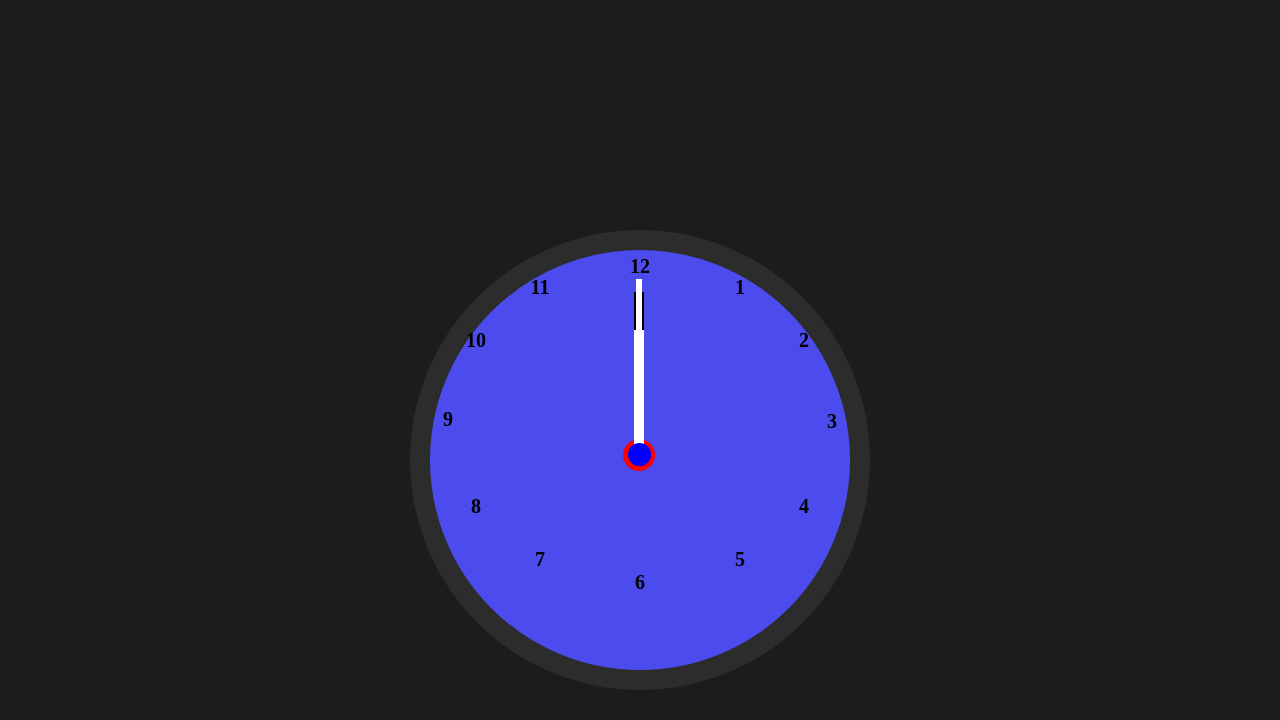
Repository: Eugene44-hub/Analog-clock
Page: index.html
An editor plug-in stored every save of this project. The page is shown before and after the next save, followed by the edit.
The browser window is 1280 px wide. The pictures show the whole page.

Above is the page before, as saved 2021-09-04 23:12:42.

### index.html
<!DOCTYPE html>
<html lang="en">

<head>
    <meta charset="UTF-8">
    <meta http-equiv="X-UA-Compatible" content="IE=edge">
    <meta name="viewport" content="width=device-width, initial-scale=1.0">
    <title>Document</title>
    <link rel="stylesheet" href="style.css">
</head>

<body>
    <div class="clock">
        <div class="numbers">

            <div class="circle"></div>
            <div class="minute"></div>
            <div class="hour"></div>
            <div class="second"></div>
            <div class="circle small"></div>
            <div class="num1">1</div>
            <div class="num2">2</div>
            <div class="num3">3</div>
            <div class="num4">4</div>
            <div class="num5">5</div>
            <div class="num6">6</div>
            <div class="num7">7</div>
            <div class="num8">8</div>
            <div class="num9">9</div>
            <div class="num10">10</div>
            <div class="num11">11</div>
            <div class="num12">12</div>
        </div>
    </div>
</body>

<script src="app.js"></script>

</html>

### style.css
* {
    padding: 0;
    margin: 0;
}

body {
    background-color: rgb(29, 28, 28);
}

.clock {
    background-color: rgb(75, 75, 238);
    height: 400px;
    width: 400px;
    border: 20px solid rgb(44, 44, 44);
    text-align: center;
    font-weight: bold;
    font-family: cursive;
    font-size: 20px;
    transform: translate(0, 50%);
    position: relative;
    border-radius: 50%;
    margin: auto;
    padding: 10px;
    box-shadow: ;
}

.circle {
    background-color: red;
    position: absolute;
    top: 45%;
    left: 46%;
    width: 32px;
    height: 32px;
    border-radius: 50%;
}

.minute {
    background-color: black;
    position: absolute;
    top: 10%;
    left: 48.5%;
    width: 10px;
    height: 167px;
    border: 50%;
    transform: rotate(0deg);
    transform-origin: bottom;
}

.hour {
    background-color: black;
    position: absolute;
    top: 19%;
    left: 48.5%;
    width: 10px;
    height: 130px;
    border: 50%;
    transform: rotate(0deg);
    background-color: white;
    transform-origin: bottom;
    /* animation: clock 60s linear infinite; */
}

.second {
    position: absolute;
    top: 7%;
    left: 49%;
    width: 6px;
    height: 180px;
    border: 50%;
    transform: rotate(0deg);
    background-color: white;
    transform-origin: bottom;
    animation: clock 60s linear infinite;
}

.small {
    width: 23px;
    height: 23px;
    background-color: blue;
    left: 198px;
    top: 46%;
}


/*
@keyframes clock {
    from {
        transform: rotate(0deg);
        background-color: white;
    }
    to {
        transform: rotate(360deg);
        background-color: blueviolet;
    }
} */

.num6 {
    transform: translate(0, 850%);
}

.num9 {
    transform: translate(-48%, -155%);
}

.num12 {
    transform: translate(0, -1120%);
}

.num3 {
    transform: translate(48%, 450%);
}

.num1 {
    transform: translate(25%, 70%);
}

.num2 {
    transform: translate(41%, 200%);
}

.num4 {
    transform: translate(41%, 720%);
}

.num5 {
    transform: translate(25%, 850%);
}

.num5 {
    transform: translate(25%, 850%);
}

.num7 {
    transform: translate(-25%, 650%);
}

.num8 {
    transform: translate(-41%, 320%);
}

.num11 {
    transform: translate(-25%, -930%)
}

.num10 {
    transform: translate(-41%, -600%);
}


/* .num1,
.num2,
.num3,
.num4,
.num5,
.num6,
.num7,
.num8,
.num9,
.num10,
.num11,
.num12 {
    padding: 15px;
} */


/* .num1 {
    transform: translate(28%, 100%);
}

.num2 {
    transform: translate(44%, 260%);
}

.num3 {
    transform: translate(48%, 489%);
}

.num4 {
    transform: translate(44%, 750%);
}

.num5 {
    transform: translate(28%, 890%);
}

.num6 {
    transform: translate(0, 890%);
}

.num7 {
    transform: translate(24%, 694%);
}

.num8 {
    transform: translate(-44%, 350%)
}

.num9 {
    transform: translate(-48%, -100%);
}

.num10 {
    transform: translate(-44%, -540%);
}

.num11 {
    transform: translate(-28%, -900%);
}

.num12 {
    transform: translate(0, -1130%);
} */

### app.js
setInterval(function() {
    let second, hour, minute, date;

    second = document.querySelector('.second');
    hour = document.querySelector('.hour');
    minute = document.querySelector('.minute');
    date = new Date();
    seconds = date.getSeconds();
    hours = date.getHours() - 12;
    minutes = date.getMinutes();

    second.style.transform = ` rotate(${seconds*6}deg)`;
    minute.style.transform = `rotate(${minutes*6}deg)`;
    hour.style.transform = `rotate(${30*hours}deg)`;

}, Infinity)

After the next save:
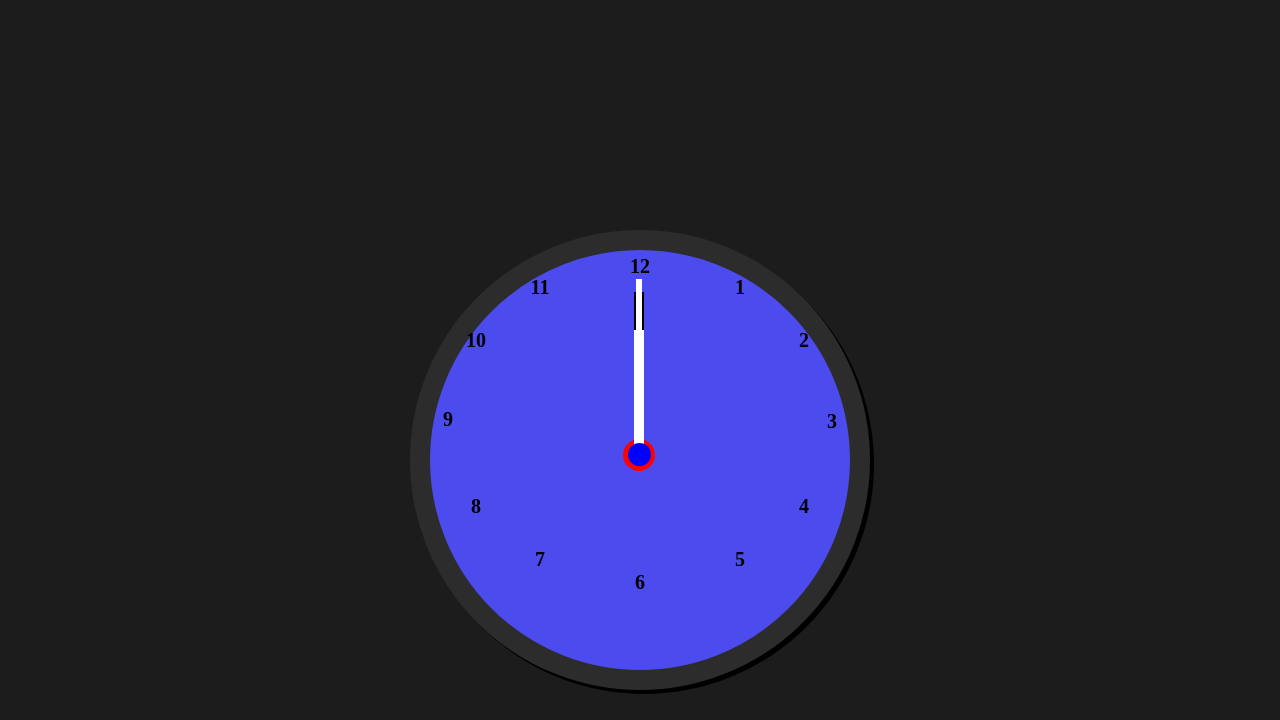
Saved 25 s later.
--- a/style.css
+++ b/style.css
@@ -21,7 +21,7 @@ body {
     border-radius: 50%;
     margin: auto;
     padding: 10px;
-    box-shadow: ;
+    box-shadow: 4px 4px;
 }
 
 .circle {
